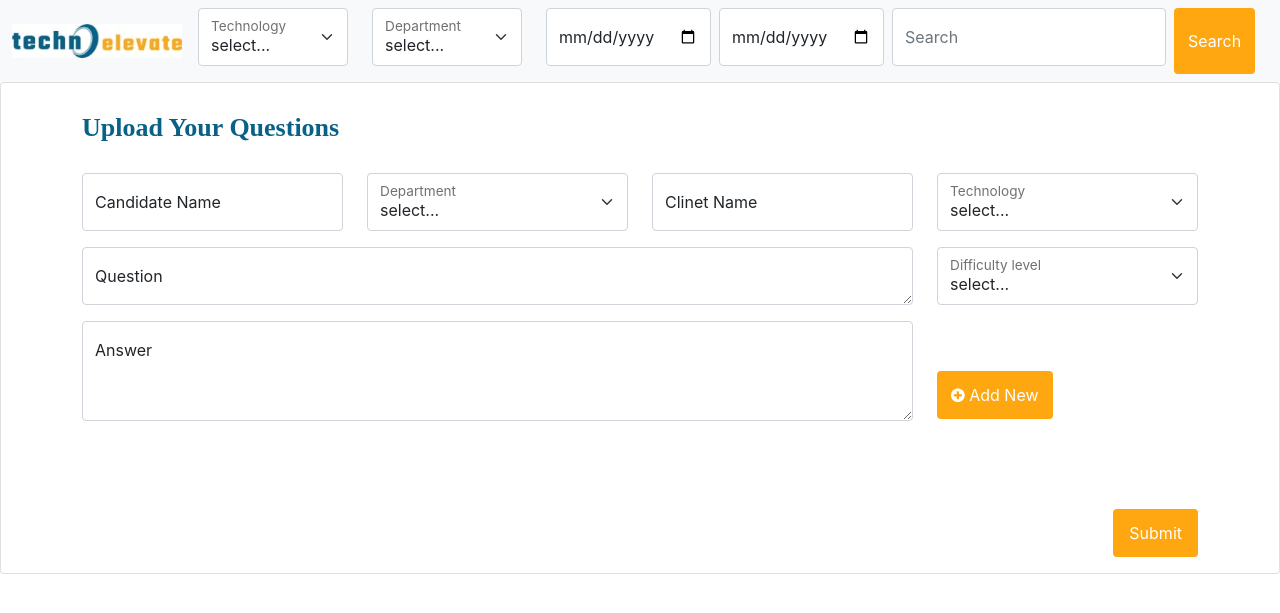
Repository: aajoshi3/casestudy
Page: /
An editor plug-in stored every save of this project. The page is shown before and after the next save, followed by the edit.
The browser window is 1280 px wide. The pictures show the whole page.
The project was rebuilt for these pictures with package versions that can differ from the ones it lists, and the page was loaded fresh each time. Also part of the build but not shown: src/components/CustomNavbar3.js, src/components/SearchView.js.

Above is the page before, as saved 2021-10-10 18:10:58.

After the next save:
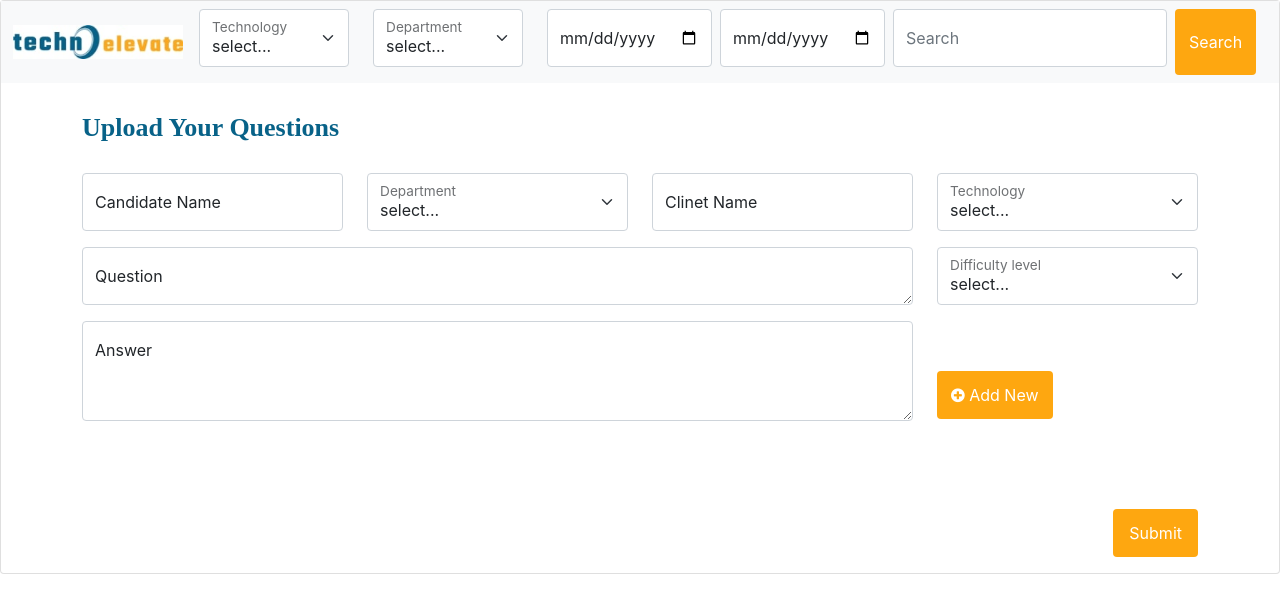
Saved 11 min 44 s later.
--- a/src/App.js
+++ b/src/App.js
@@ -10,14 +10,15 @@ import CustomNavbar3 from './components/CustomNavbar3';
 import CustomNavbar from './components/CustomNavbar'
 import routing from './router';
 import { BrowserRouter } from 'react-router-dom';
-import CustomNavbarRouting from './components/CustomNavbarRouting';
 
 function App() {
   return (
+    <BrowserRouter>
+    <div className="App">
 
-    <div className="App">
-<CustomNavbarRouting/>
 <Card>
+<CustomNavbar />
+{routing}
 {/* <CustomNav2 /> */}
 {/* <CustomNavbar3 /> */}
   <Card.Body>
@@ -112,7 +113,7 @@ function App() {
       </Card.Body>
       </Card>
     </div>
-
+    </BrowserRouter>
   );
 }
 
